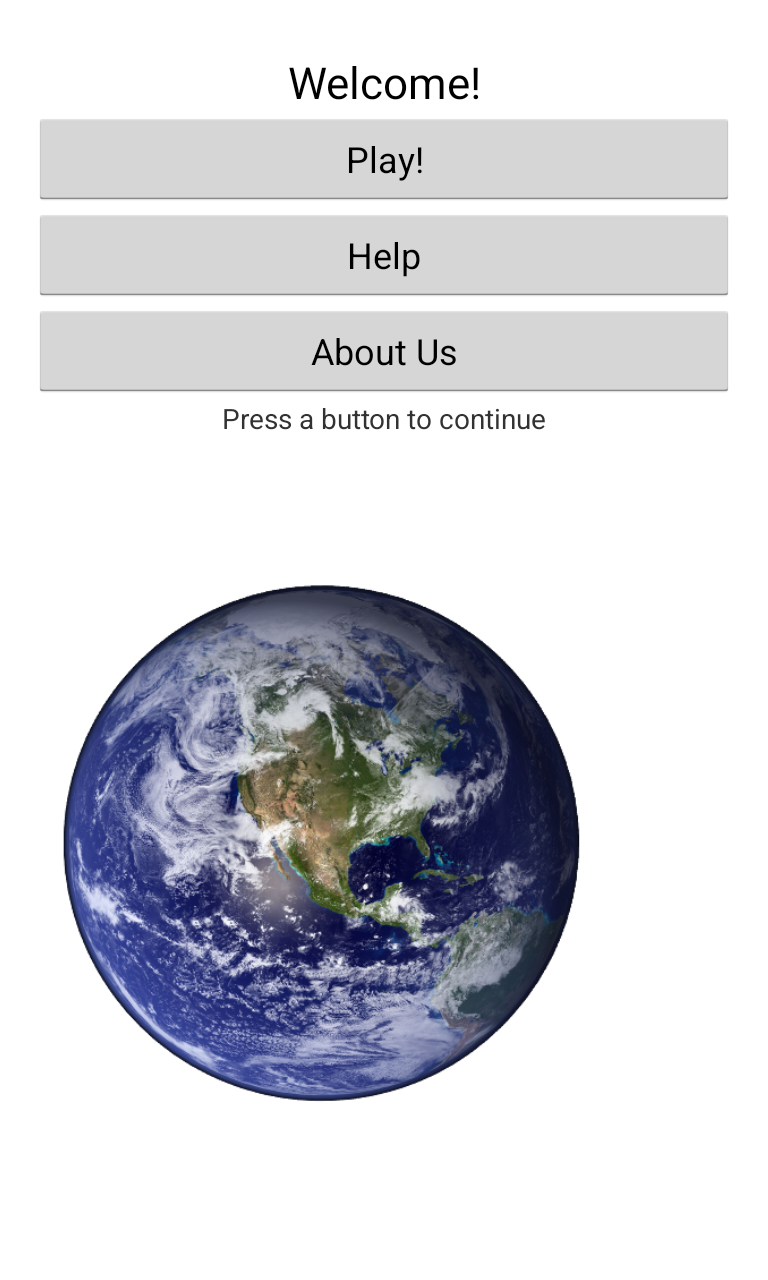
Repository: AGNT/Mobile_application_SU13
Layout: android/Locate/res/layout/activity_menu.xml
These files come from the project's save history. The layout is drawn as it stood at one moment and after a run of saves; the edit follows.
It is drawn on a 768 x 1280 px phone screen (xhdpi) without system bars, with theme AppTheme; the app's code is not run.

Above is the layout before, as saved 2013-08-05 17:21:36.

### android/Locate/res/layout/activity_menu.xml
<LinearLayout xmlns:android="http://schemas.android.com/apk/res/android"
    xmlns:tools="http://schemas.android.com/tools"
    android:layout_width="match_parent"
    android:layout_height="match_parent"
    android:orientation="vertical"
    android:paddingBottom="@dimen/activity_vertical_margin"
    android:paddingLeft="@dimen/activity_horizontal_margin"
    android:paddingRight="@dimen/activity_horizontal_margin"
    android:paddingTop="@dimen/activity_vertical_margin"
    tools:context=".Menu" >

    <Space
        android:layout_width="match_parent"
        android:layout_height="10dp" />

    <TextView
        android:id="@+id/textView1"
        android:layout_width="match_parent"
        android:layout_height="wrap_content"
        android:text="Welcome!"
        android:gravity="center"
        android:textAppearance="?android:attr/textAppearanceLarge" />

    <Button
        android:id="@+id/button1"
        android:layout_width="match_parent"
        android:layout_height="wrap_content"
        android:text="Play!" />

    <Button
        android:id="@+id/button2"
        android:layout_width="match_parent"
        android:layout_height="wrap_content"
        android:text="Help" />

    <Button
        android:id="@+id/button3"
        android:layout_width="match_parent"
        android:layout_height="wrap_content"
        android:text="About Us" />

    <TextView
        android:id="@+id/textView2"
        android:layout_width="match_parent"
        android:layout_height="wrap_content"
        android:text="Press a button to continue"
        android:gravity="center"
        android:textAppearance="?android:attr/textAppearanceSmall" />

    <ImageView
        android:id="@+id/imageView1"
        android:layout_width="290dp"
        android:layout_height="196dp"
        android:layout_weight="0.52"
        android:src="@drawable/ic_launcher" />

</LinearLayout>

Loaded but not shown: android/Locate/res/values/styles.xml (common file); android/Locate/res/values-v11/styles.xml (common file); android/Locate/res/values-v14/styles.xml (common file); android/Locate/res/values/dimens.xml (common file)

After the next 2 saves:
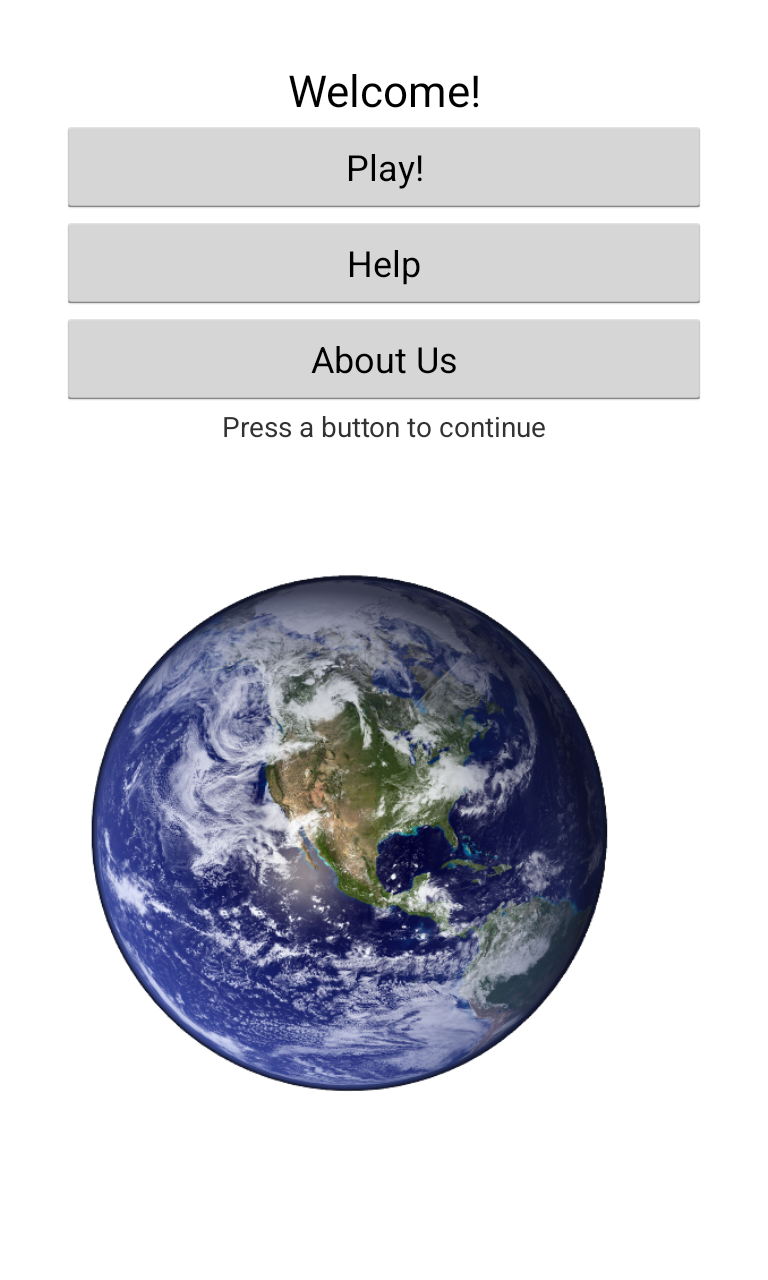
The 2 saves are shown as one change because they came seconds apart.
The last was saved 34 s later.
--- a/android/Locate/res/layout/activity_menu.xml
+++ b/android/Locate/res/layout/activity_menu.xml
@@ -7,11 +7,9 @@
     android:paddingLeft="@dimen/activity_horizontal_margin"
     android:paddingRight="@dimen/activity_horizontal_margin"
     android:paddingTop="@dimen/activity_vertical_margin"
-    tools:context=".Menu" >
+    tools:context=".Menu"
+    android:padding="30dp" >
 
-    <Space
-        android:layout_width="match_parent"
-        android:layout_height="10dp" />
 
     <TextView
         android:id="@+id/textView1"
